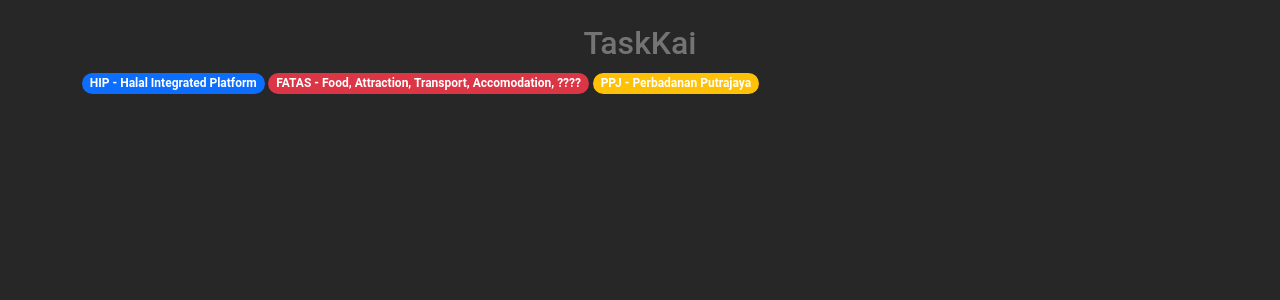
Repository: faizhakimi99/TaskKai
Page: src/views/index.html
The author's editor kept a copy of each file at every save. The page is drawn from the files as they stood at one save, then again after the next save.
The browser window is 1280 px wide. The pictures show the whole page.

Above is the page before, as saved 2025-01-27 12:16:53.

After the next save:
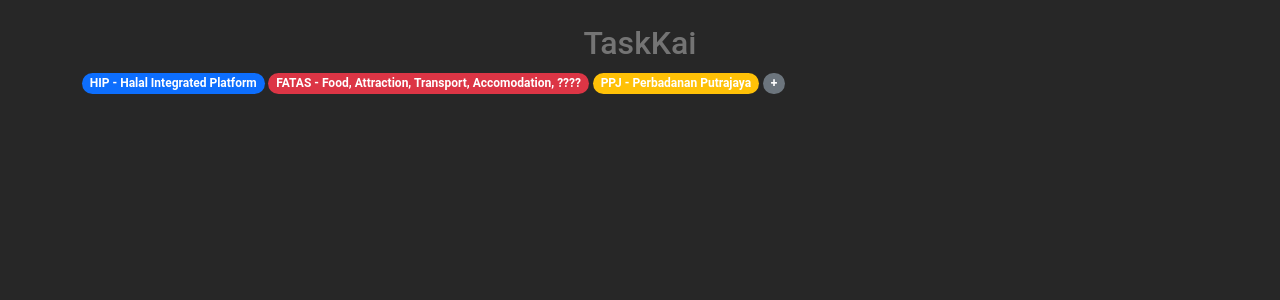
Saved 64 s later.
--- a/src/views/index.html
+++ b/src/views/index.html
@@ -25,6 +25,7 @@
                 <span class="rounded-pill badge bg-primary">HIP - Halal Integrated Platform</span>
                 <span class="rounded-pill badge bg-danger">FATAS - Food, Attraction, Transport, Accomodation, ????</span>
                 <span class="rounded-pill badge bg-warning">PPJ - Perbadanan Putrajaya</span>
+                <span class="rounded-pill badge bg-secondary">+</span>
             </div>
         </div>
     </div>
